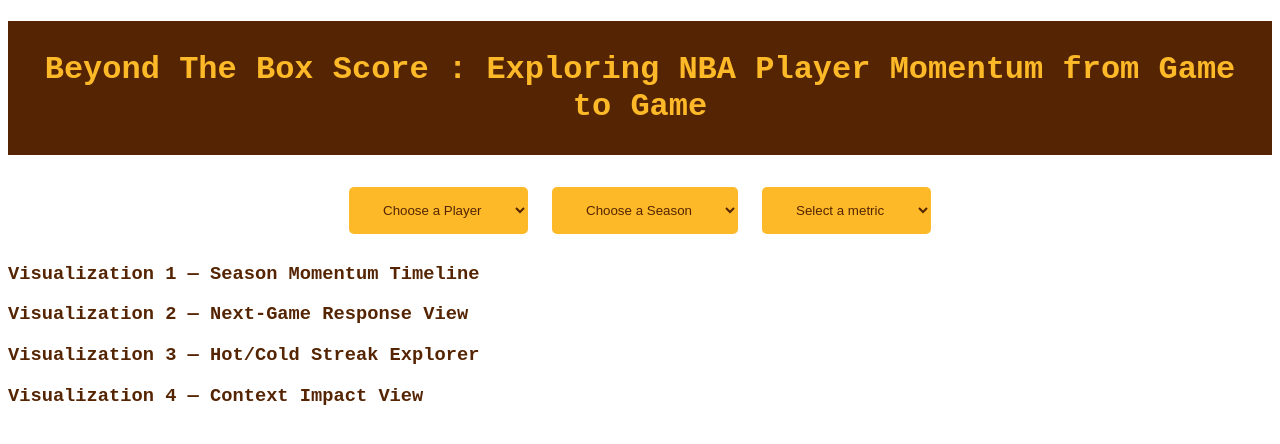
Repository: houdafatih/Data-Viz-Project
Page: index.html
These files come from the project's save history. The page is drawn as it stood at one moment and after the next save; the edit follows.
The browser window is 1280 px wide. The pictures show the whole page.

Above is the page before, as saved 2026-06-12 19:59:23.
Console error: ReferenceError: nba is not defined

After the next save:
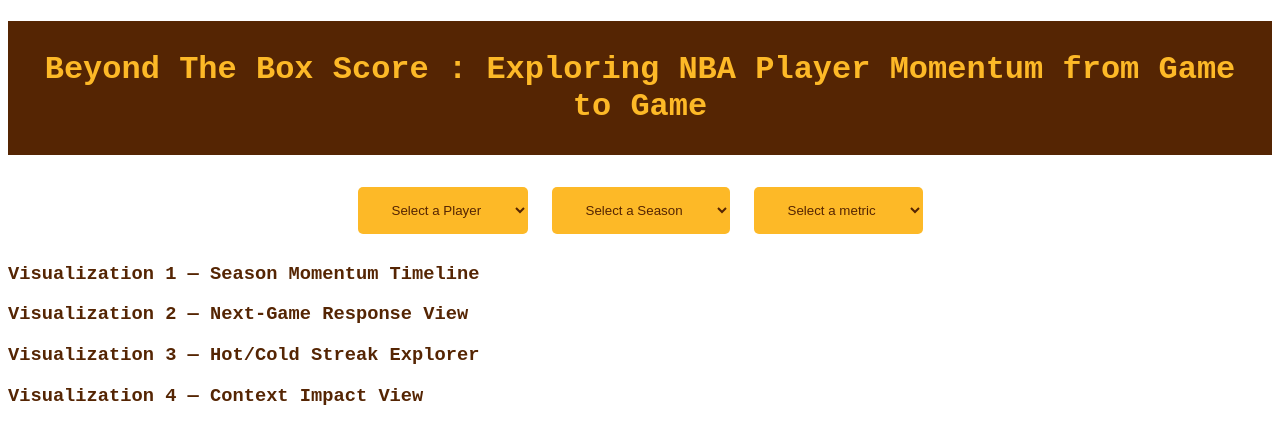
Saved 50 s later.
--- a/index.html
+++ b/index.html
@@ -10,11 +10,11 @@
 
      <div class="selection">
         <select id="selectPlayer">
-            <option selected disabled> Choose a Player</option>
+            <option selected disabled>Select a Player</option>
         </select>
 
         <select id="seasonSelect">
-            <option selected disabled> Choose a Season</option>
+            <option selected disabled>Select a Season</option>
         </select>
 
         <select id="metricSelect">
